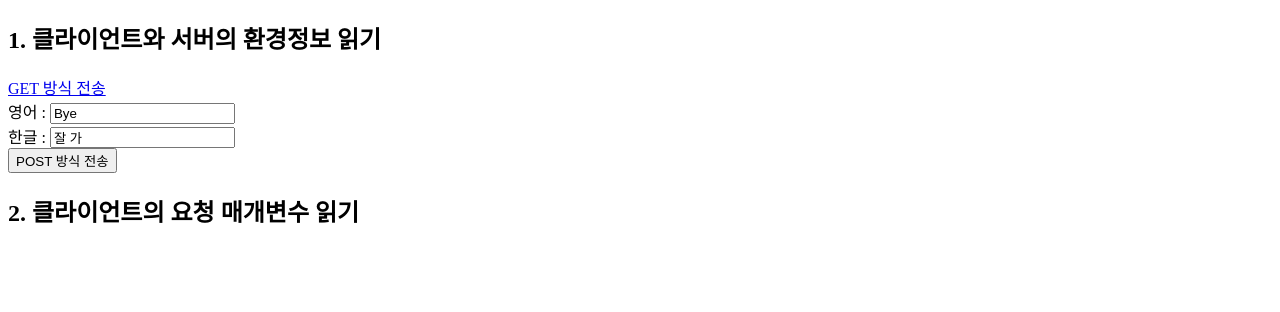
Repository: devgolol/JSP-_Servlet
Page: http://localhost/MustHaveJSP/02ImplicitObject/RequestMain.jsp
An editor plug-in stored every save of this project. The page is shown before and after the next save, followed by the edit.
The browser window is 1280 px wide. The pictures show the whole page.
The page is served by Tomcat 10. Other server files are loaded and not shown.

Above is the page before, as saved 2025-05-02 05:43:57.

### MustHaveJSP/src/main/webapp/02ImplicitObject/RequestMain.jsp
<%@ page language="java" contentType="text/html; charset=UTF-8"
    pageEncoding="UTF-8"%>
<!DOCTYPE html>
<html>
<head>
<meta charset="UTF-8">
<title>내장 객체 - request</title>
</head>
<body>
	<h2>1. 클라이언트와 서버의 환경정보 읽기</h2>
	<a href = "./RequestWebInfo.jsp?eng=Hello&han=안녕">
	GET 방식 전송
	</a>
	<br/>
	<form action="RequestWebInfo.jsp" method="post">
		영어 : <input type="text" name= "eng" value="Bye"/><br/>
		한글 : <input type="text" name= "han" value="잘 가"/><br/>
		<input type="submit" value="POST 방식 전송"/>
	</form>


	<h2>2. 클라이언트의 요청 매개변수 읽기</h2>


	<form action="RequestParameter.jsp" method="post"></form>

</body>
</html>

After the next save:
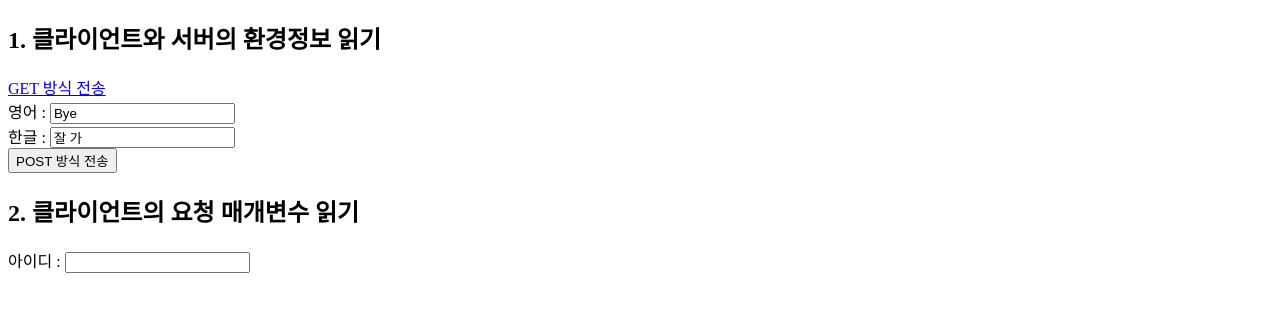
Saved 59 s later.
--- a/MustHaveJSP/src/main/webapp/02ImplicitObject/RequestMain.jsp
+++ b/MustHaveJSP/src/main/webapp/02ImplicitObject/RequestMain.jsp
@@ -22,7 +22,9 @@
 	<h2>2. 클라이언트의 요청 매개변수 읽기</h2>
 
 
-	<form action="RequestParameter.jsp" method="post"></form>
+	<form action="RequestParameter.jsp" method="post">
+	아이디 : <input type="text" name="id">
+	</form>
 
 </body>
 </html>
